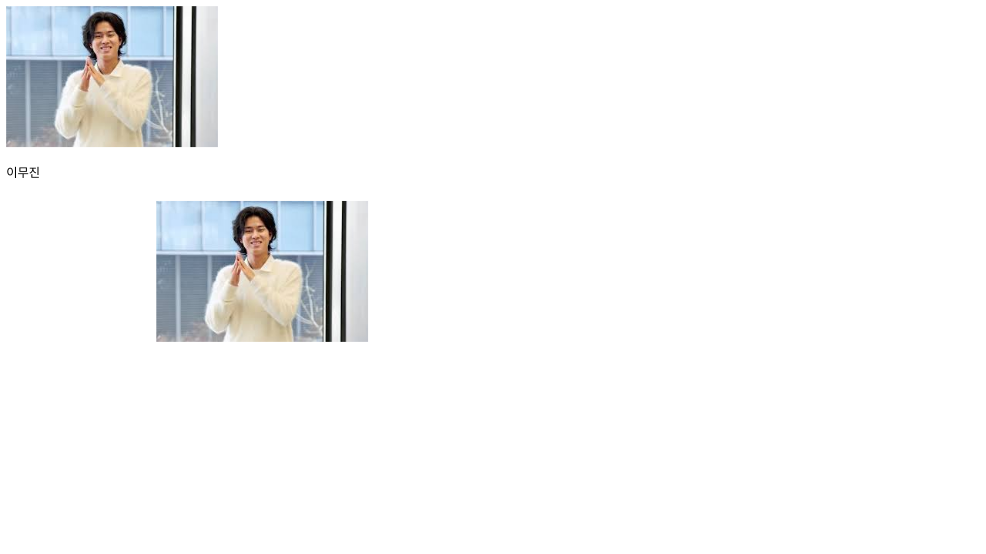
Repository: Migorithm/front_work
Page: front05_JQuery/src/main/webapp/3_event/jq10_traversal.html
An editor plug-in stored every save of this project. The page is shown before and after the next save, followed by the edit.
The browser window is 1280 px wide. The pictures show the whole page, at 77% of full size.

Above is the page before, as saved 2021-09-06 02:06:57.

After the next save:
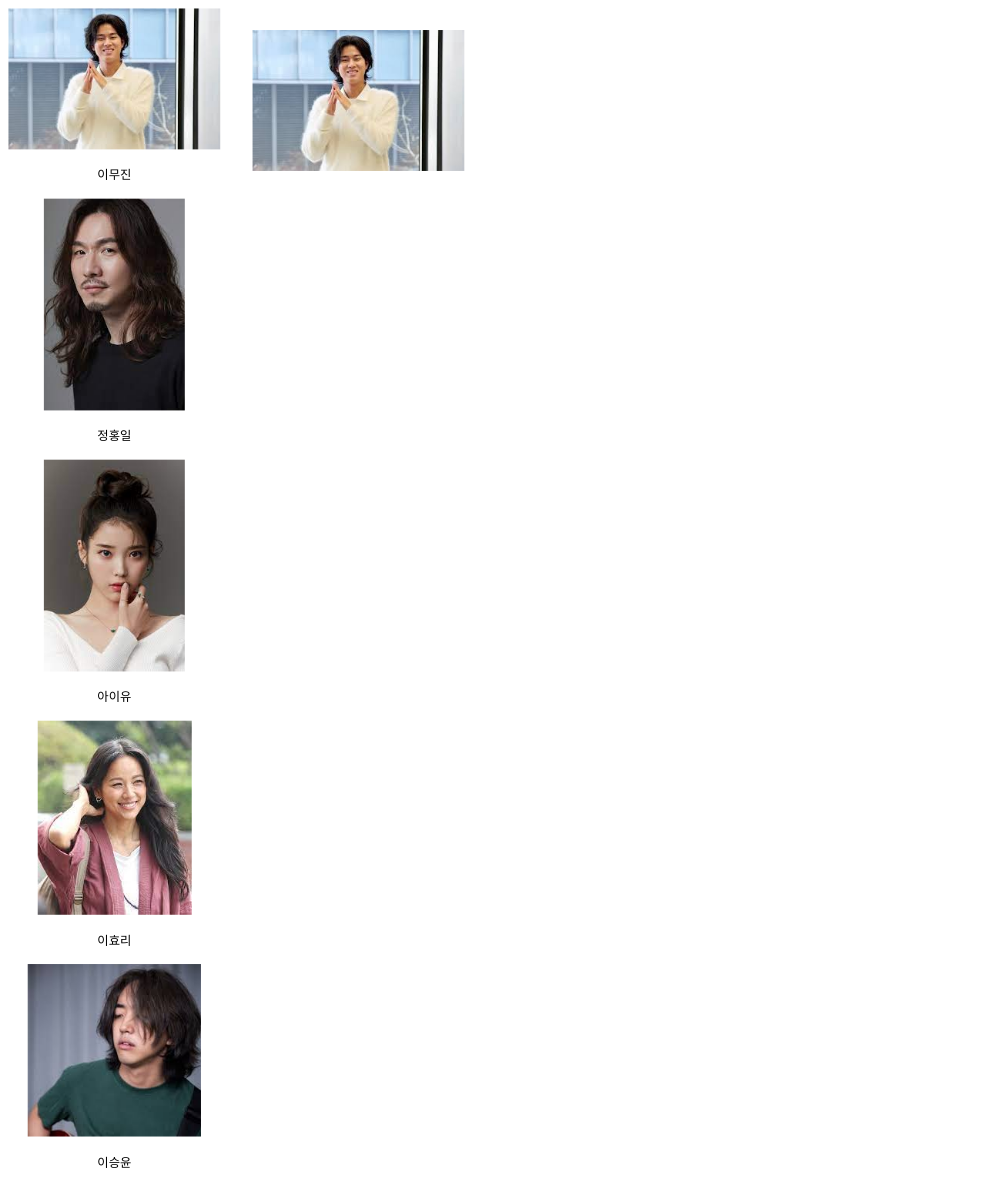
Saved 2 min 28 s later.
--- a/front05_JQuery/src/main/webapp/3_event/jq10_traversal.html
+++ b/front05_JQuery/src/main/webapp/3_event/jq10_traversal.html
@@ -17,15 +17,48 @@
 <body>
 	<table>
 		<tr>
-			<td align="center" width="150" height="200"></td>
+			<td align="center" width="150" height="200">
 				<a href="../image/2.jpg">
 				<img alt="" src="../image/2.jpg">
 				</a>
 				<p>이무진</p>
+			</td>
 			<td width="350" align="center">
 				<a href="../image/2.jpg">
 				<img alt="" src="../image/2.jpg">
 				</a>
+			</td>
+		</tr>
+		<tr>
+			<td align="center" width="150" height="200">
+				<a href="../image/3.jpg">
+				<img alt="" src="../image/3.jpg">
+				</a>
+				<p>정홍일</p>
+			</td>
+		</tr>
+		<tr>
+			<td align="center" width="150" height="200">
+				<a href="../image/4.jpg">
+				<img alt="" src="../image/4.jpg">
+				</a>
+				<p>아이유</p>
+			</td>
+		</tr>
+		<tr>
+			<td align="center" width="150" height="200">
+				<a href="../image/5.jpg">
+				<img alt="" src="../image/5.jpg">
+				</a>
+				<p>이효리</p>
+			</td>
+		</tr>
+		<tr>
+			<td align="center" width="150" height="200">
+				<a href="../image/1.jpg">
+				<img alt="" src="../image/1.jpg">
+				</a>
+				<p>이승윤</p>
 			</td>
 		</tr>
 
